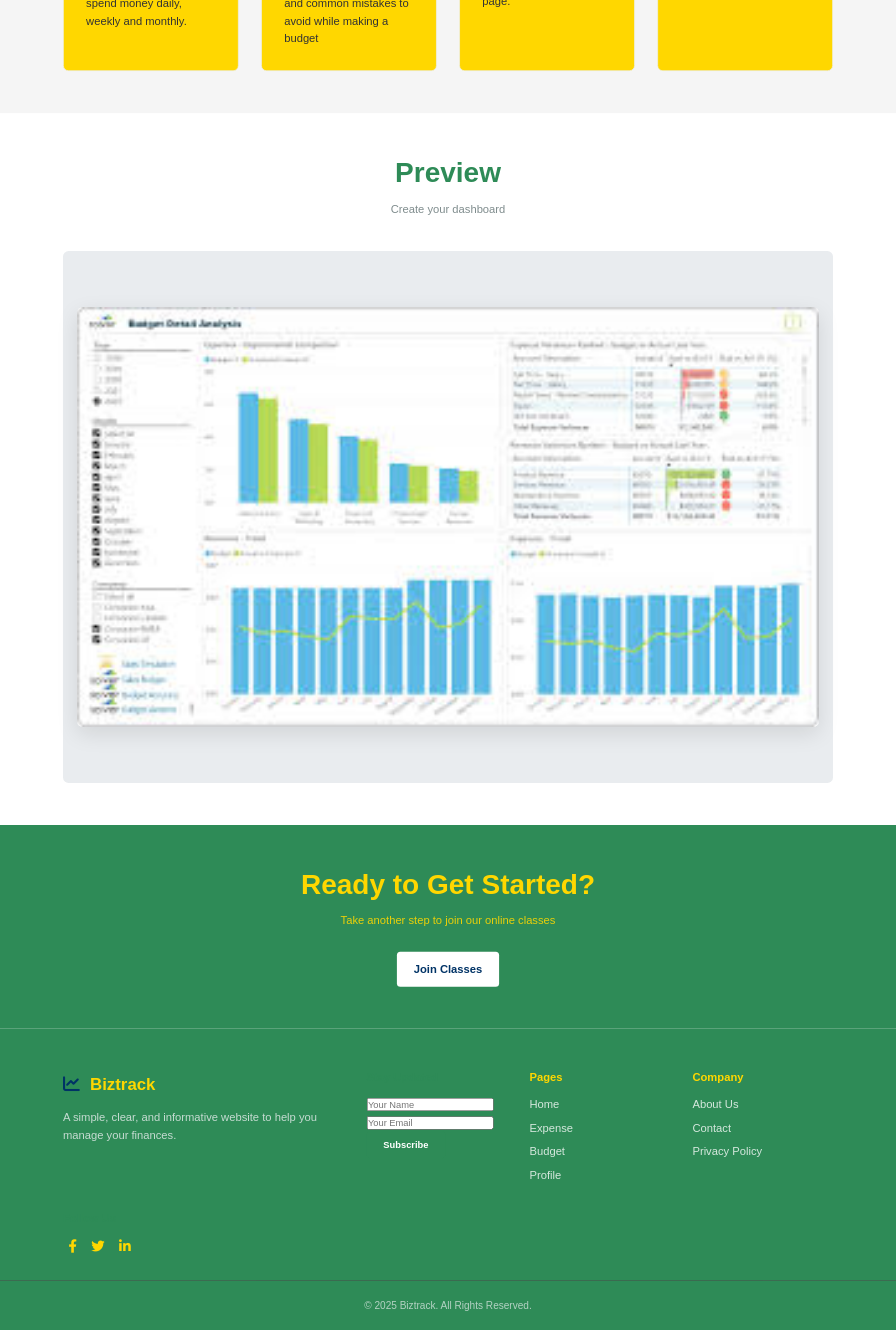
Repository: JoyUdoh106/wdd131
Page: project/index.html
The author's editor kept a copy of each file at every save. The page is drawn from the files as they stood at one save, then again after the next save.
The browser window is 1280 px wide. The pictures show the part of the page from y = 931 to 2851 px (the page is 2832 px tall before and 2851 px after), at 70% of full size.

Above is the page before, as saved 2025-08-10 20:35:27.

### project/index.html
<!DOCTYPE html>
<html lang="en">
<head>
    <meta charset="UTF-8">
    <meta name="viewport" content="width=device-width, initial-scale=1.0">
    <title>BIZTRACK - Track Expense and Budget - HOME PAGE</title>
    <meta name="description" content="An informational website on tracking expenses and making budgets - Home page">
    <meta name="author" content="Joy Paulinus Udoh">

    <link rel="stylesheet" href="styles/project.css">
    <script src="scripts/project.js" defer></script>
    <link rel="stylesheet" href="styles/project-large.css">
    <link rel="stylesheet" href="https://cdnjs.cloudflare.com/ajax/libs/font-awesome/6.4.0/css/all.min.css">

    <link rel="preconnect" href="https://fonts.googleapis.com">
    <link rel="preconnect" href="https://fonts.gstatic.com" crossorigin>
    <link href="https://fonts.googleapis.com/css2?family=Merriweather:wght@300;400&family=Roboto:ital,wght@0,100..900;1,100..900&display=swap" rel="stylesheet">
</head>
<body>
    <header>
        <div class="container header-container">
            <a href="index.html" class="logo"><i class="fas fa-chart-line"></i> Biztrack</a>
            <nav class="main-nav">
                <ul class="nav-links">
                    <li><a href="index.html" class="nav-link active">Home</a></li>
                    <li><a href="expense.html" class="nav-link">Expense</a></li>
                    <li><a href="budget.html" class="nav-link">Budget</a></li>
                    <li><a href="profile.html" class="nav-link">Profile</a></li>
                </ul>
            </nav>
            <a href="#" class="btn btn-primary get-started-btn">Get Started</a>
            <button class="nav-toggle" id="nav-toggle-btn">
                <i class="fas fa-bars"></i>
            </button>
        </div>
    </header>

    <div class="mobile-nav" id="mobile-nav-menu">
        <a href="index.html" class="nav-link active">Home</a>
        <a href="expense.html" class="nav-link">Expense</a>
        <a href="budget.html" class="nav-link">Budget</a>
        <a href="profile.html" class="nav-link">Profile</a>
    </div>

    <main>
        <section class="hero-section">
            <div class="container">
                <h1>Track Your Business Expenses Effortlessly</h1>
                <p>Let's give you a basic education to help you manage money right, and spend well.</p>
                <a href="#" class="btn btn-primary">Join Classes</a>
            </div>
        </section>

        <section class="features-section">
            <div class="container">
                <h2>Key Features</h2>
                <p>Below are the key festures of our website. Feel free to go through them all.</p>
                <div class="features-grid">
                    <div class="feature-card reveal">
                        <i class="fas fa-file-invoice-dollar icon"></i>
                        <h3>Expense Tracking</h3>
                        <p>Learn how to track your expenses, and how you spend money daily, weekly and monthly.</p>
                    </div>
                    <div class="feature-card reveal">
                        <i class="fas fa-wallet icon"></i>
                        <h3>Budget Management</h3>
                        <p>Learn how to set up a budget, types of budget, and common mistakes to avoid while making a budget</p>
                    </div>
                    <div class="feature-card reveal">
                        <i class="fas fa-chart-pie icon"></i>
                        <h3>Analytics Dashboard</h3>
                        <p>Check out the profile page.</p>
                    </div>
                    <div class="feature-card reveal">
                        <i class="fas fa-file-alt icon"></i>
                        <h3>Report Generation</h3>
                        <p>Watch your progress.</p>
                    </div>
                </div>
            </div>
        </section>

        <section class="preview-section">
            <div class="container">
                <h2>Preview</h2>
                <p>Create your dashboard</p>
                <div class="dashboard-preview reveal">
                    <img src="images/dashboard-preview - Copy.jpeg" alt="Biztrack Dashboard Preview" style="width:100%; height:auto; border-radius: 8px; box-shadow: 0 10px 30px rgba(0,0,0,0.1);">
                </div>
            </div>
        </section>

        <section class="cta-section">
            <div class="container">
                <h2>Ready to Get Started?</h2>
                <p>Take another step to join our online classes</p>
                <a href="#" class="btn btn-light">Join Classes</a>
            </div>
        </section>
    </main>
     <footer>
        <div class="container footer-container">
            <div class="footer-about">
                <a href="index.html" class="logo"><i class="fas fa-chart-line"></i> Biztrack</a>
                <p>A simple, clear, and informative website to help you manage your finances.</p>
            </div>

            <div class="footer-form">
                <h4>Stay Updated</h4>
                <form id="contact-form" class="contact-form">
                    <label for="name-input" class="sr-only">Your Name</label>
                    <input type="text" id="name-input" placeholder="Your Name" required>
                    <label for="email-input" class="sr-only">Your Email</label>
                    <input type="email" id="email-input" placeholder="Your Email" required>
                    <button type="submit" class="btn btn-primary">Subscribe</button>
                </form>
                <p id="welcome-message" class="welcome-message"></p>
            </div>

            <div class="footer-links">
                <h4>Pages</h4>
                <ul>
                    <li><a href="index.html">Home</a></li>
                    <li><a href="expense.html">Expense</a></li>
                    <li><a href="budget.html">Budget</a></li>
                    <li><a href="profile.html">Profile</a></li>
                </ul>
            </div>
            <div class="footer-links">
                <h4>Company</h4>
                <ul>
                    <li><a href="#">About Us</a></li>
                    <li><a href="#">Contact</a></li>
                    <li><a href="#">Privacy Policy</a></li>
                </ul>
            </div>
            <div class="footer-social">
                <h4>Follow Us</h4>
                <div class="social-icons">
                    <a href="https://facebook.com/joypaulinusudoh"><i class="fab fa-facebook-f"></i></a>
                    <a href="https://twitter.com"><i class="fab fa-twitter"></i></a>
                    <a href="https://linkedin.com/in/joypaulinusudoh"><i class="fab fa-linkedin-in"></i></a>
                </div>
            </div>
        </div>
        <div class="footer-bottom">
            <p>&copy; 2025 Biztrack. All Rights Reserved.</p>
        </div>
    </footer>

    <nav class="mobile-bottom-nav">
        <a href="index.html" class="bottom-nav-link active">
            <i class="fas fa-home"></i>
            <span>Home</span>
        </a>
        <a href="expense.html" class="bottom-nav-link">
            <i class="fas fa-file-invoice-dollar"></i>
            <span>Expense</span>
        </a>
        <a href="budget.html" class="bottom-nav-link">
            <i class="fas fa-wallet"></i>
            <span>Budget</span>
        </a>
        <a href="profile.html" class="bottom-nav-link">
            <i class="fas fa-user"></i>
            <span>Profile</span>
        </a>
    </nav>

</body>
</html>

### project/styles/project.css
:root {
    --primary-color: #003366;
    --dark-color: #2e8b57;
    --light-color: #ffd700;
    --text-color: #333333;
    --bg-color: #f5f5f5;
    --grey-color: #7f8c8d;
    --border-color: #ecf0f1;
}

* {
    margin: 0;
    padding: 0;
    box-sizing: border-box;
}

body {
    font-family: 'Poppins', sans-serif;
    color: var(--text-color);
    background-color: #ffffff;
    line-height: 1.6;
}

.container {
    width: 90%;
    max-width: 1100px;
    margin: 0 auto;
}

a {
    text-decoration: none;
    color: var(--primary-color);
}

ul {
    list-style-type: none;
}

h1, h2, h3, h4 {
    color: var(--dark-color);
    line-height: 1.2;
    margin-bottom: 1rem;
}

h1 { font-size: 2.5rem; }
h2 { font-size: 2rem; }

section {
    padding: 60px 0;
}

.btn {
    display: inline-block;
    padding: 12px 24px;
    border-radius: 5px;
    font-weight: 600;
    transition: background-color 0.3s ease, color 0.3s ease;
    border: none;
    cursor: pointer;
}

.btn-primary {
    background-color: var(--dark-color);
    color: #ffffff;
}

.btn-primary:hover {
    background-color: #004488;
}

.btn-light {
    background-color: #ffffff;
    color: var(--primary-color);
}
.btn-light:hover {
    background-color: var(--border-color);
}

header {
    background-color: var(--light-color);
    border-bottom: 1px solid var(--border-color);
    padding: 1rem 0;
    position: sticky;
    top: 0;
    z-index: 1000;
}

.header-container {
    display: flex;
    justify-content: space-between;
    align-items: center;
}

.logo {
    font-size: 1.5rem;
    font-weight: 700;
    color: var(--dark-color);
}
.logo i {
    margin-right: 8px;
    color: var(--primary-color);
}

.main-nav { display: none; }
.nav-toggle {
    background: none;
    border: none;
    font-size: 1.5rem;
    color: var(--dark-color);
    cursor: pointer;
}
.get-started-btn { display: none; }

.mobile-nav {
    display: none;
    flex-direction: column;
    background-color: var(--light-color);
    position: fixed;
    top: 65px;
    left: 0;
    width: 100%;
    padding: 1rem 0;
    border-bottom: 1px solid var(--border-color);
    z-index: 999;
}
.mobile-nav.open {
    display: flex;
}
.mobile-nav a {
    padding: 1rem 5%;
    color: var(--dark-color);
    font-weight: 500;
}
.mobile-nav a.active {
    color: var(--primary-color);
    font-weight: 700;
}

.hero-section {
    background-color: var(--light-color);
    text-align: center;
    padding: 80px 0;
}
.hero-section h1 {
    font-size: 2.2rem;
}
.hero-section p {
    max-width: 600px;
    margin: 1rem auto 2rem;
    font-size: 1.1rem;
    color: var(--grey-color);
}

.features-section {
    background-color: var(--bg-color);
    text-align: center;
}
.features-section > .container > p {
    max-width: 600px;
    margin: 0 auto 3rem;
    color: var(--grey-color);
}
.features-grid {
    display: grid;
    grid-template-columns: 1fr;
    gap: 2rem;
}
.feature-card {
    background-color: var(--light-color);
    padding: 2rem;
    border: 1px solid var(--border-color);
    border-radius: 8px;
    text-align: left;
    transition: transform 0.3s ease, box-shadow 0.3s ease;
}
.feature-card:hover {
    transform: translateY(-5px);
    box-shadow: 0 10px 20px rgba(0,0,0,0.05);
}
.feature-card .icon {
    font-size: 2rem;
    color: var(--primary-color);
    background-color: #fffbeb;
    padding: 1rem;
    border-radius: 50%;
    margin-bottom: 1rem;
    display: inline-block;
}
.feature-card h3 {
    margin-bottom: 0.5rem;
}

.preview-section {
    text-align: center;
}
.preview-section p {
     max-width: 600px;
    margin: 0 auto 3rem;
    color: var(--grey-color);
}
.dashboard-preview {
    background-color: #e9ecef;
    border-radius: 8px;
    padding: 80px 20px;
    display: flex;
    flex-direction: column;
    justify-content: center;
    align-items: center;
    color: var(--grey-color);
}
.dashboard-preview i {
    font-size: 3rem;
    margin-bottom: 1rem;
}

.cta-section {
    background-color: var(--dark-color);
    color: var(--light-color);
    text-align: center;
}
.cta-section h2 { color: var(--light-color); }
.cta-section p {
    margin-bottom: 2rem;
    opacity: 0.9;
}

footer {
    background-color: var(--dark-color);
    color: var(--bg-color);
    padding-top: 60px;
}
.footer-container {
    display: grid;
    grid-template-columns: 1fr;
    gap: 2rem;
    text-align: center;
}
.footer-about .logo {
    color: var(--light-color);
}
.footer-about p {
    margin-top: 1rem;
    color: var(--border-color);
    opacity: 0.8;
}
.footer-links h4 {
    color: var(--light-color);
    margin-bottom: 1rem;
}
.footer-links ul li {
    margin-bottom: 0.5rem;
}
.footer-links a {
    color: #ffffff;
    opacity: 0.8;
    transition: opacity 0.3s ease;
}
.footer-links a:hover {
    opacity: 1;
}
.social-icons a {
    color: var(--light-color);
    font-size: 1.2rem;
    margin: 0 0.5rem;
    transition: color 0.3s ease;
}
.social-icons a:hover {
    color: var(--primary-color);
}

.footer-bottom {
    text-align: center;
    padding: 1.5rem 0;
    margin-top: 2rem;
    border-top: 1px solid #4a4a4a;
    font-size: 0.9rem;
    color: var(--border-color);
    opacity: 0.7;
}

.mobile-bottom-nav {
    position: fixed;
    bottom: 0;
    left: 0;
    width: 100%;
    background-color: var(--light-color);
    border-top: 1px solid var(--border-color);
    display: flex;
    justify-content: space-around;
    padding: 0.5rem 0;
    z-index: 1000;
}
.bottom-nav-link {
    display: flex;
    flex-direction: column;
    align-items: center;
    color: var(--grey-color);
    font-size: 0.75rem;
}
.bottom-nav-link i {
    font-size: 1.2rem;
    margin-bottom: 4px;
}
.bottom-nav-link.active {
    color: var(--primary-color);
}

body {
    padding-bottom: 70px;
}

.content-page {
    padding: 60px 0;
}
.content-page h1 {
    text-align: center;
}
.content-page .subtitle {
    text-align: center;
    font-size: 1.1rem;
    color: var(--grey-color);
    margin-bottom: 3rem;
}
.content-article {
    margin-bottom: 2.5rem;
    background: #fff;
    padding: 2rem;
    border: 1px solid var(--border-color);
    border-radius: 8px;
}
.content-article ul {
    list-style-type: disc;
    padding-left: 20px;
}
.content-article ul li {
    margin-bottom: 0.5rem;
}
.sample-data {
    background-color: var(--bg-color);
    border-left: 4px solid var(--primary-color);
    padding: 1rem;
    margin-top: 1rem;
    border-radius: 4px;
}

.reveal {
    opacity: 0;
    transform: translateY(20px);
    transition: opacity 0.6s ease-out, transform 0.6s ease-out;
}
.reveal.visible {
    opacity: 1;
    transform: translateY(0);
}

### project/scripts/project.js
document.addEventListener('DOMContentLoaded', function() {

    const navToggleBtn = document.getElementById('nav-toggle-btn');
    const mobileNavMenu = document.getElementById('mobile-nav-menu');

    if (navToggleBtn && mobileNavMenu) {
        navToggleBtn.addEventListener('click', () => {
            mobileNavMenu.classList.toggle('open');
            const icon = navToggleBtn.querySelector('i');
            if (mobileNavMenu.classList.contains('open')) {
                icon.classList.remove('fa-bars');
                icon.classList.add('fa-times');
            } else {
                icon.classList.remove('fa-times');
                icon.classList.add('fa-bars');
            }
        });
    }

    const currentPath = window.location.pathname.split("/").pop();
    const navLinks = document.querySelectorAll('.nav-link');
    const bottomNavLinks = document.querySelectorAll('.bottom-nav-link');

    const targetFile = currentPath === '' ? 'index.html' : currentPath;

    navLinks.forEach(link => {
        if (link.getAttribute('href') === targetFile) {
            link.classList.add('active');
        } else {
            link.classList.remove('active');
        }
    });

    bottomNavLinks.forEach(link => {
        if (link.getAttribute('href') === targetFile) {
            link.classList.add('active');
        } else {
            link.classList.remove('active');
        }
    });

    const revealElements = document.querySelectorAll('.reveal');

    const revealObserver = new IntersectionObserver((entries, observer) => {
        entries.forEach(entry => {
            if (entry.isIntersecting) {
                entry.target.classList.add('visible');
                observer.unobserve(entry.target);
            }
        });
    }, {
        threshold: 0.1
    });

    revealElements.forEach(element => {
        revealObserver.observe(element);
    });

});

### project/styles/project-large.css
@media (min-width: 768px) {
    h1 { font-size: 3rem; }
    h2 { font-size: 2.5rem; }

    .nav-toggle, .mobile-nav, .mobile-bottom-nav {
        display: none;
    }
    body { padding-bottom: 0; }

    .main-nav {
        display: block;
    }
    .nav-links {
        display: flex;
        gap: 2rem;
        align-items: center;
    }
    .nav-link {
        color: var(--text-color);
        font-weight: 500;
        position: relative;
    }
    .nav-link::after {
        content: '';
        position: absolute;
        width: 0;
        height: 2px;
        bottom: -5px;
        left: 0;
        background-color: var(--primary-color);
        transition: width 0.3s;
    }
    .nav-link:hover::after, .nav-link.active::after {
        width: 100%;
    }
    .get-started-btn { display: inline-block; }
    .hero-section h1 { font-size: 3.5rem; }

    .features-grid {
        grid-template-columns: repeat(2, 1fr);
    }

    .footer-container {
        grid-template-columns: 2fr 1fr 1fr 1fr;
        text-align: left;
    }
}

@media (min-width: 992px) {
    .features-grid {
        grid-template-columns: repeat(4, 1fr);
    }
}

After the next save:
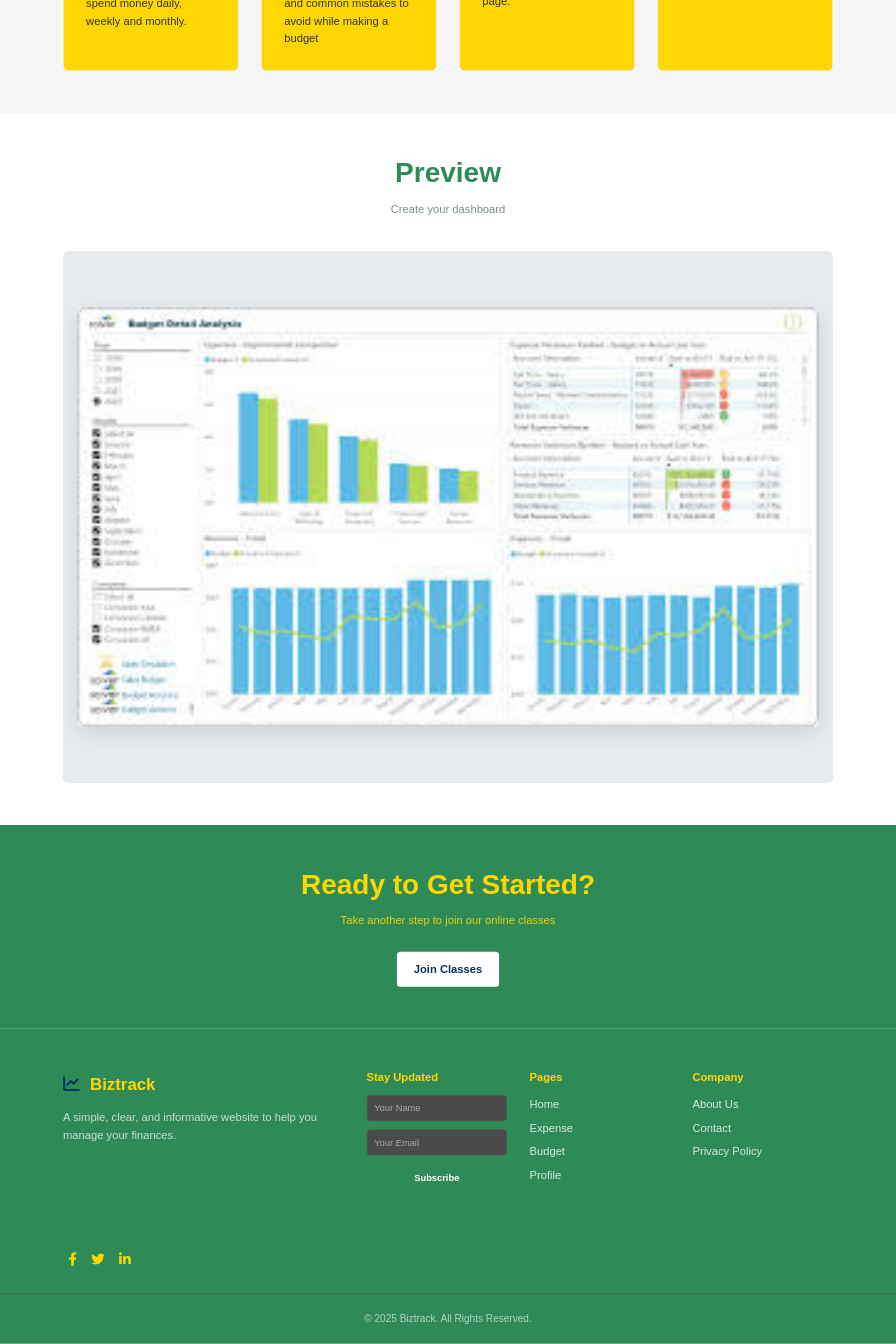
Saved 26 s later.
--- a/project/styles/project.css
+++ b/project/styles/project.css
@@ -352,3 +352,61 @@ body {
     opacity: 1;
     transform: translateY(0);
 }
+
+/* --- Form and Footer Additions --- */
+.footer-form {
+    grid-column: 1 / -1; /* Make it span full width on mobile */
+    text-align: left;
+}
+.footer-form h4 {
+    color: var(--light-color);
+    margin-bottom: 1rem;
+}
+.contact-form {
+    display: flex;
+    flex-direction: column;
+    gap: 0.75rem;
+}
+.contact-form input {
+    padding: 10px;
+    border: 1px solid #555;
+    border-radius: 5px;
+    background-color: #4a4a4a;
+    color: var(--light-color);
+    font-family: 'Poppins', sans-serif;
+}
+.contact-form input::placeholder {
+    color: #aaa;
+}
+.contact-form button {
+    width: 100%;
+    padding: 12px;
+}
+.welcome-message {
+    margin-top: 1rem;
+    color: var(--light-color);
+    font-weight: 500;
+    font-style: italic;
+}
+.sr-only {
+    position: absolute;
+    width: 1px;
+    height: 1px;
+    padding: 0;
+    margin: -1px;
+    overflow: hidden;
+    clip: rect(0,0,0,0);
+    border: 0;
+}
+
+/* Adjust footer grid for desktop */
+@media (min-width: 992px) {
+    .footer-container {
+         /* Adjust grid to give form more space */
+        grid-template-columns: 1.5fr 1.5fr 1fr 1fr;
+    }
+    .footer-about { grid-column: auto; }
+    .footer-form { grid-column: 2 / 3; }
+    .footer-links:first-of-type { grid-column: 3 / 4; }
+    .footer-links:last-of-type { grid-column: 4 / 5; }
+}
